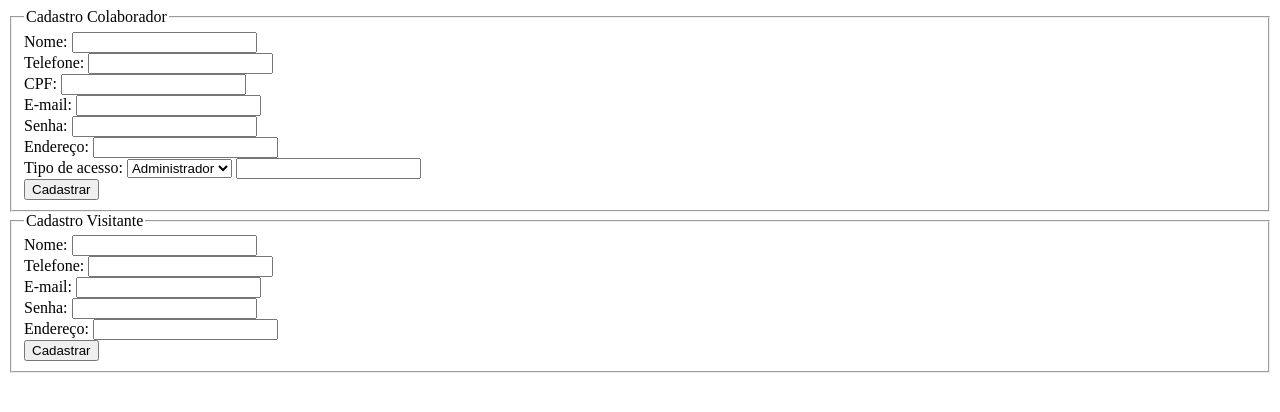
Repository: tdex/cmproject
Page: http://localhost/cmproject/
An editor plug-in stored every save of this project. The page is shown before and after the next save, followed by the edit.
The browser window is 1280 px wide. The pictures show the whole page.
The page is served by Tomcat 9. Other server files are loaded and not shown.

Above is the page before, as saved 2015-06-16 15:28:03.

### codigo/cmproject/cmproject/WebContent/index.jsp
<%@ page language="java" contentType="text/html; charset=UTF-8"
	pageEncoding="UTF-8"%>
<!DOCTYPE html>
<html>
<head>
<meta charset=UTF-8>
<title>Insert title here</title>
</head>
<body>
	<form action="validaColaborador.jsp" method="get">
		<fieldset>
			<legend>Cadastro Colaborador</legend>
			<label>Nome: <input type="text" name="nome"></label><br>
			<label>Telefone: <input type="text" name="telefone"></label><br>
			<label>CPF: <input type="text" name="cpf"></label><br>
			<label>E-mail: <input type="email" name="email" required></label><br>
			<label>Senha: <input type="text" name="senha" required></label><br>
			<label>Endereço: <input type="text" name="endereco"></label><br>
			<label>Tipo de acesso:
				<select name="tipoAcesso" required>
					<option>Administrador</option>
					<option>Colaborador</option>
				</select>
				<input type="text" name="tipoAcesso" required></label><br>
			<input type="submit" value="Cadastrar">
		</fieldset>
	</form>

	<form action="validaVisitante.jsp" method="get">
		<fieldset>
			<legend>Cadastro Visitante</legend>
			<label>Nome: <input type="text" name="nome"></label><br>
			<label>Telefone: <input type="text" name="telefone"></label><br>
			<label>E-mail: <input type="email" name="email"></label><br>
			<label>Senha: <input type="password" name="senha"></label><br>
			<label>Endereço: <input type="text" name="endereco"></label><br>
			<input type="submit" value="Cadastrar">
		</fieldset>
	</form>

</body>
</html>

After the next save:
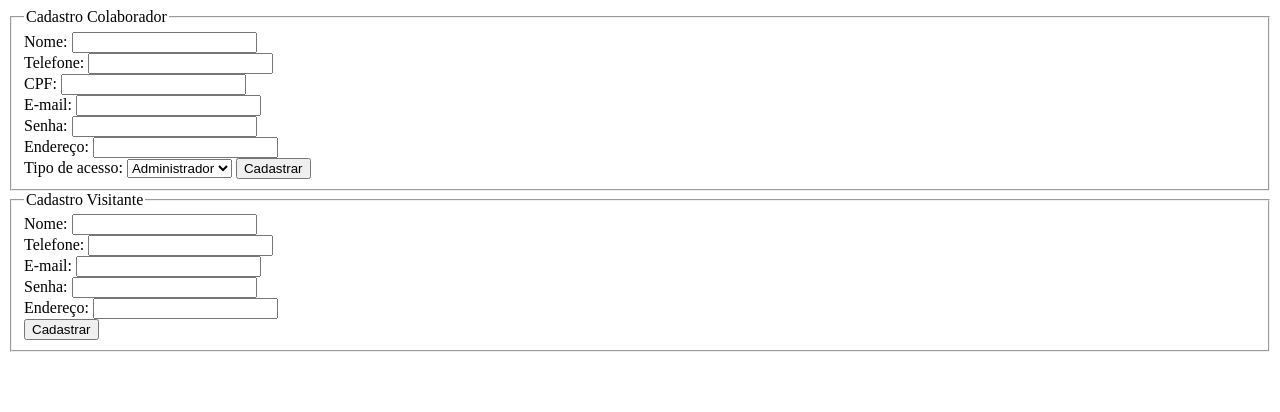
Saved 17 s later.
--- a/codigo/cmproject/cmproject/WebContent/index.jsp
+++ b/codigo/cmproject/cmproject/WebContent/index.jsp
@@ -21,7 +21,7 @@
 					<option>Administrador</option>
 					<option>Colaborador</option>
 				</select>
-				<input type="text" name="tipoAcesso" required></label><br>
+			</label>
 			<input type="submit" value="Cadastrar">
 		</fieldset>
 	</form>
